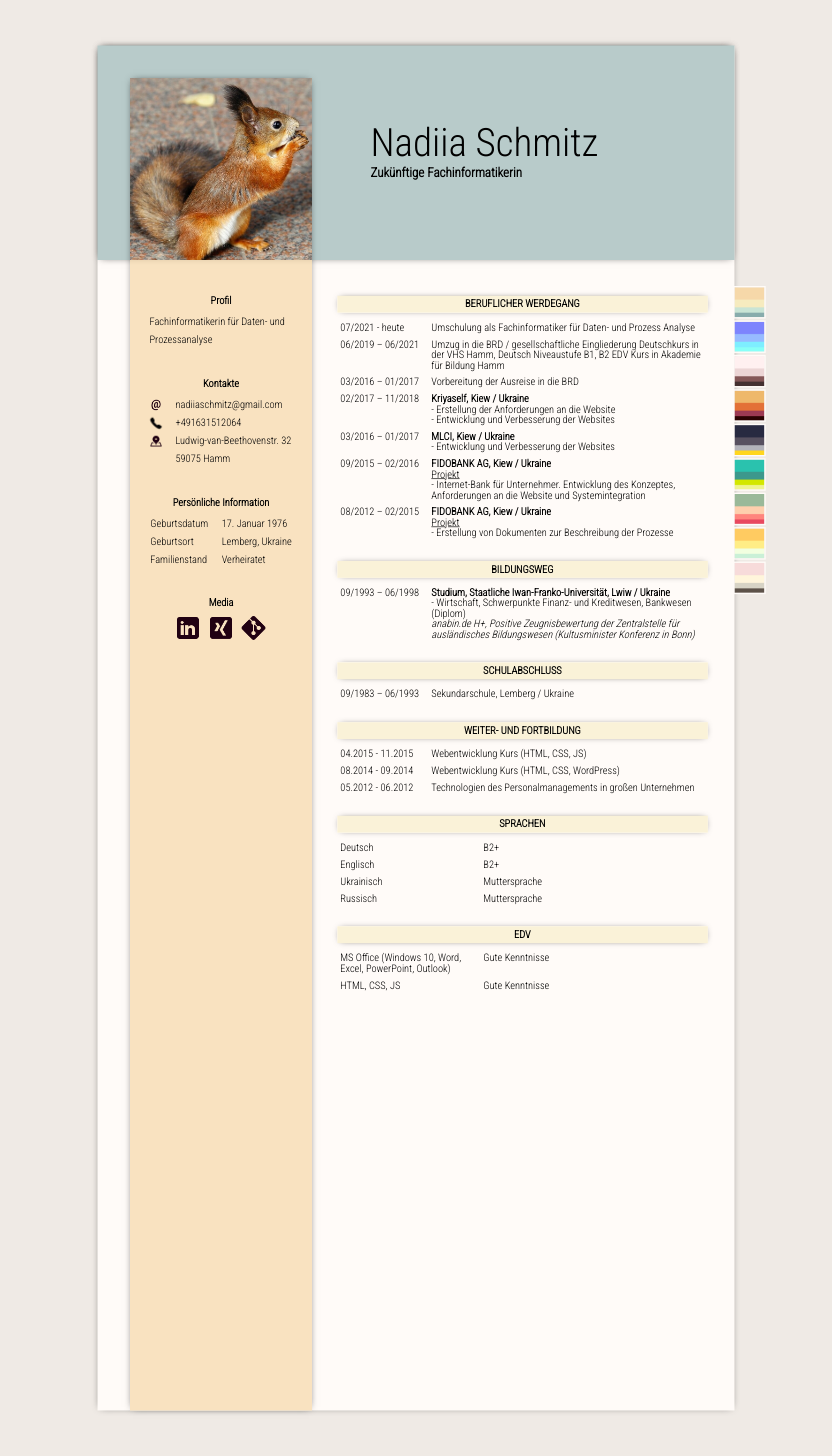
Repository: NadiaSchmitz/lebenslauf.nschmitz.githab.io
Page: index.html
The author's editor kept a record of every edit. The page is drawn from the files as they stood at one moment, then again after the next edit.
The browser window is 1280 px wide. The pictures show the whole page, at 65% of full size.

Above is the page before.

After the next edit:
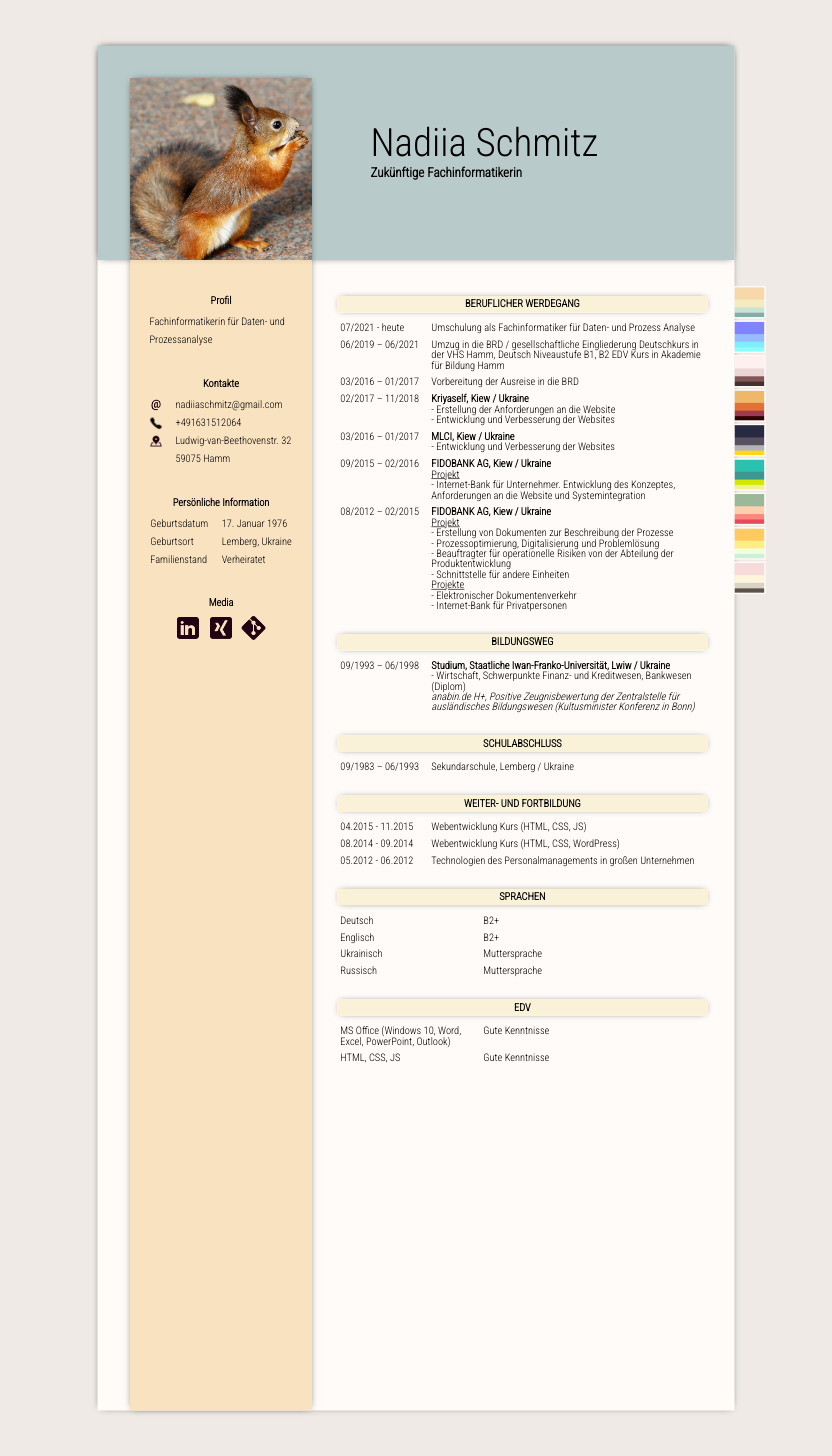
The edit:
--- a/index.html
+++ b/index.html
@@ -155,9 +155,12 @@
                       <ul>
                         <span class="project">Projekt</span>
                         <li>-	Erstellung von Dokumenten zur Beschreibung der Prozesse</li>
-                        <li></li>
-                        <li></li>
-                        <li></li>
+                        <li>-	Prozessoptimierung, Digitalisierung und Problemlösung</li>
+                        <li>-	Beauftragter für operationelle Risiken von der Abteilung der Produktentwicklung </li>
+                        <li>-	Schnittstelle für andere Einheiten</li>
+                        <span class="project">Projekte</span>
+                        <li>-	Elektronischer Dokumentenverkehr</li>
+                        <li>-	Internet-Bank für Privatpersonen</li>
                       </ul>
                     </td>
                   </tr>
